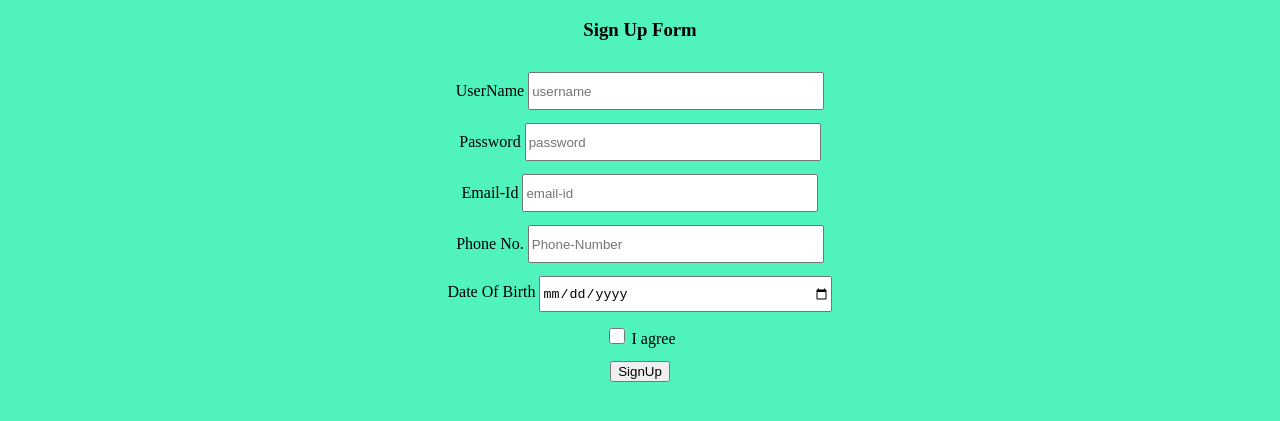
Repository: nir-github01/Html
Page: assign1-signup.html
An editor plug-in stored every save of this project. The page is shown before and after the next save, followed by the edit.
The browser window is 1280 px wide. The pictures show the whole page.

Above is the page before, as saved 2022-09-28 20:25:11.

After the next save:
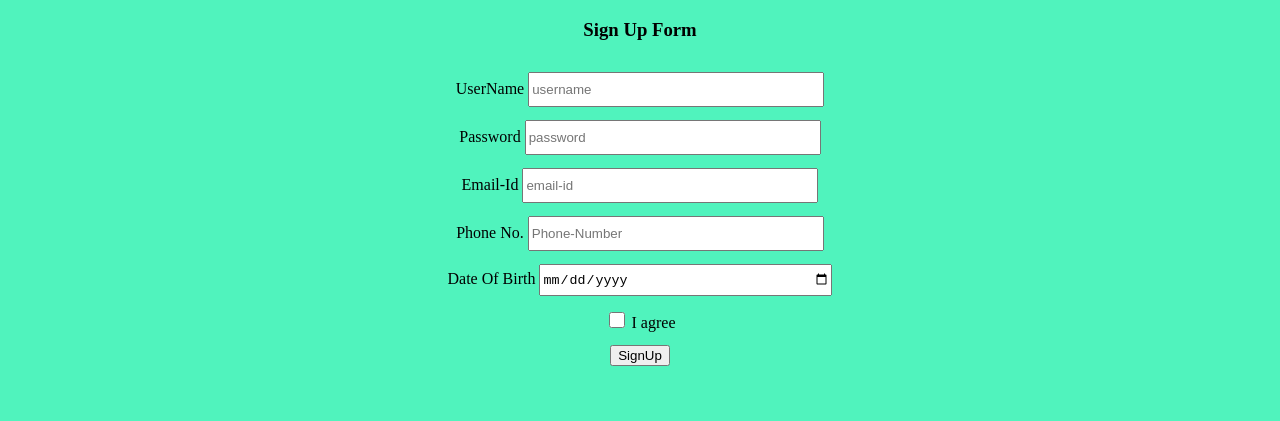
Saved 31 s later.
--- a/assign1-signup.html
+++ b/assign1-signup.html
@@ -44,7 +44,7 @@
         }
         input{
             width: 18rem;
-            height: 2rem;
+            height: 1.8rem;
         }
         input[type="checkbox"]{
             width: 1rem;
